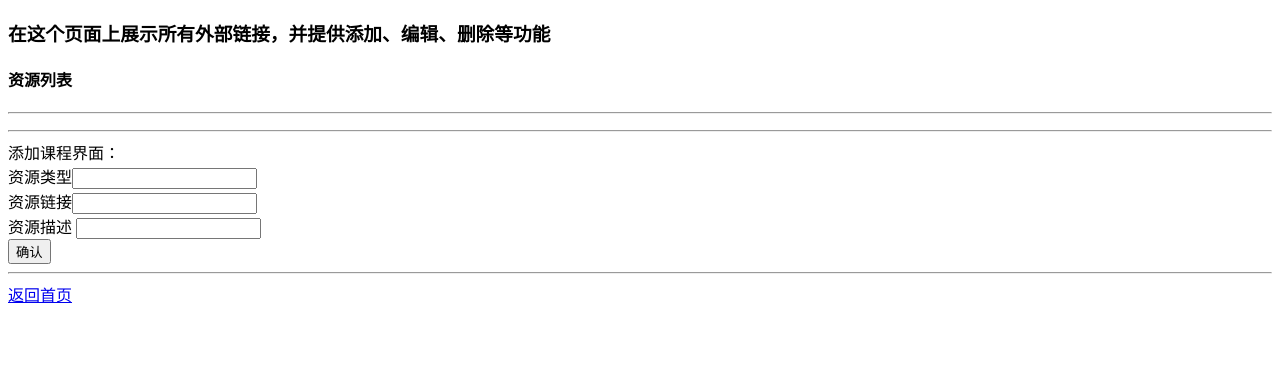
Repository: hbisheng/Academic-portal-website
Page: http://localhost/NewInfo/admin/media_manage.jsp
The author's editor kept a copy of each file at every save. The page is drawn from the files as they stood at one save, then again after the next save.
The browser window is 1280 px wide. The pictures show the whole page.
The page is served by Tomcat 9. Queries for data that is not in the repository find no rows.

Above is the page before, as saved 2014-09-21 15:50:54.

After the next save:
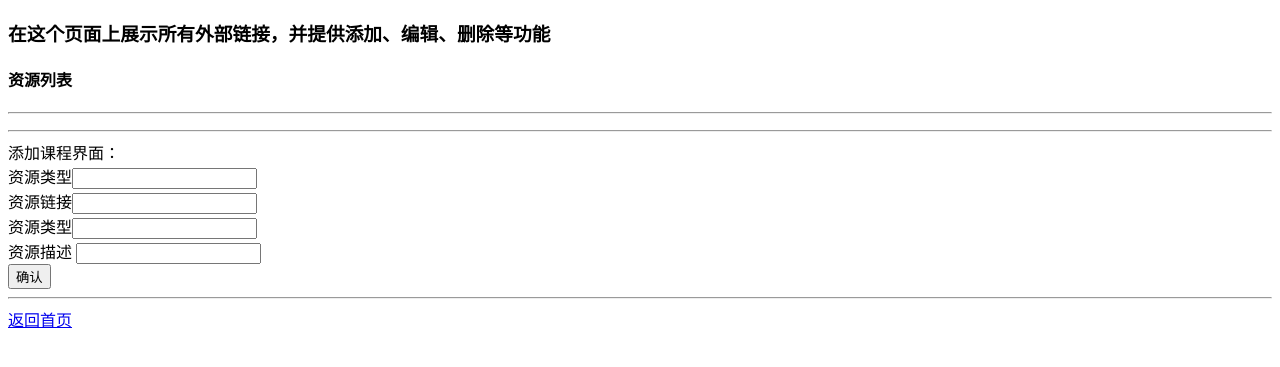
Saved 5 min 25 s later.
--- a/Java_info/NewInfo/WebContent/admin/media_manage.jsp
+++ b/Java_info/NewInfo/WebContent/admin/media_manage.jsp
@@ -59,6 +59,7 @@
 <hr><form name="添加外部资源"action=<%=this_url%> method="post">添加课程界面：
 	<br/>资源类型<input type="text" name="type" />
 	<br/>资源链接<input type="text" name="url" />
+	<br/>资源类型<input type="text" name="type" />
 	<br/>资源描述 <input type="text" name="content" />
 	<br/><input type="submit" name="add_confirm" value="确认" />
 </form>
